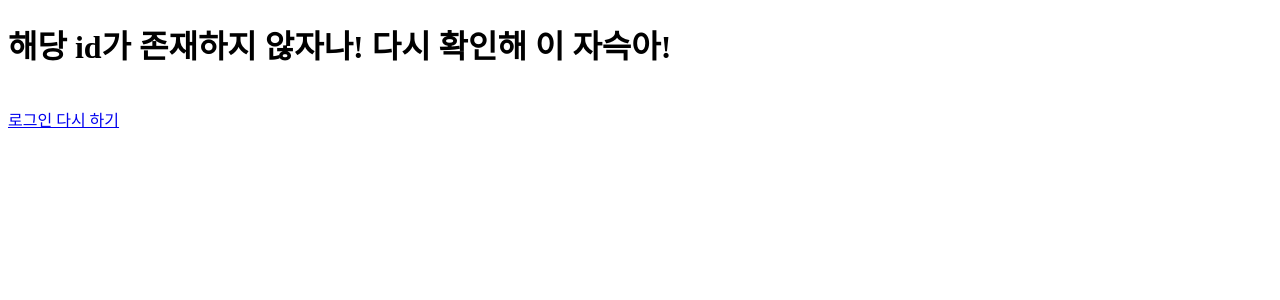
Repository: hyun5292/school
Page: JSP2-2/PSH_1109/PSH_1109/WebContent/pwfail.html
An editor plug-in stored every save of this project. The page is shown before and after the next save, followed by the edit.
The browser window is 1280 px wide. The pictures show the whole page.

Above is the page before, as saved 2018-11-09 08:48:06.

After the next save:
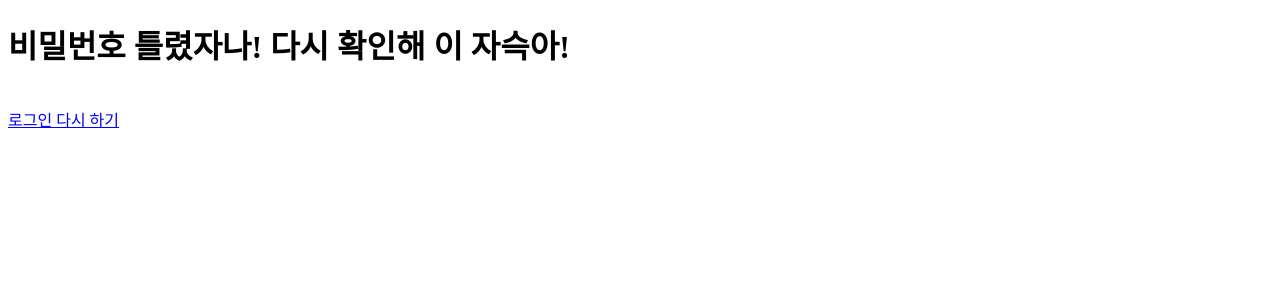
Saved 53 s later.
--- a/JSP2-2/PSH_1109/PSH_1109/WebContent/pwfail.html
+++ b/JSP2-2/PSH_1109/PSH_1109/WebContent/pwfail.html
@@ -5,7 +5,7 @@
 <title>Insert title here</title>
 </head>
 <body>
-<h1>해당 id가 존재하지 않자나! 다시 확인해 이 자슥아!</h1><br/>
+<h1>비밀번호 틀렸자나! 다시 확인해 이 자슥아!</h1><br/>
 <a href = "login.html">로그인 다시 하기</a>
 </body>
 </html>
